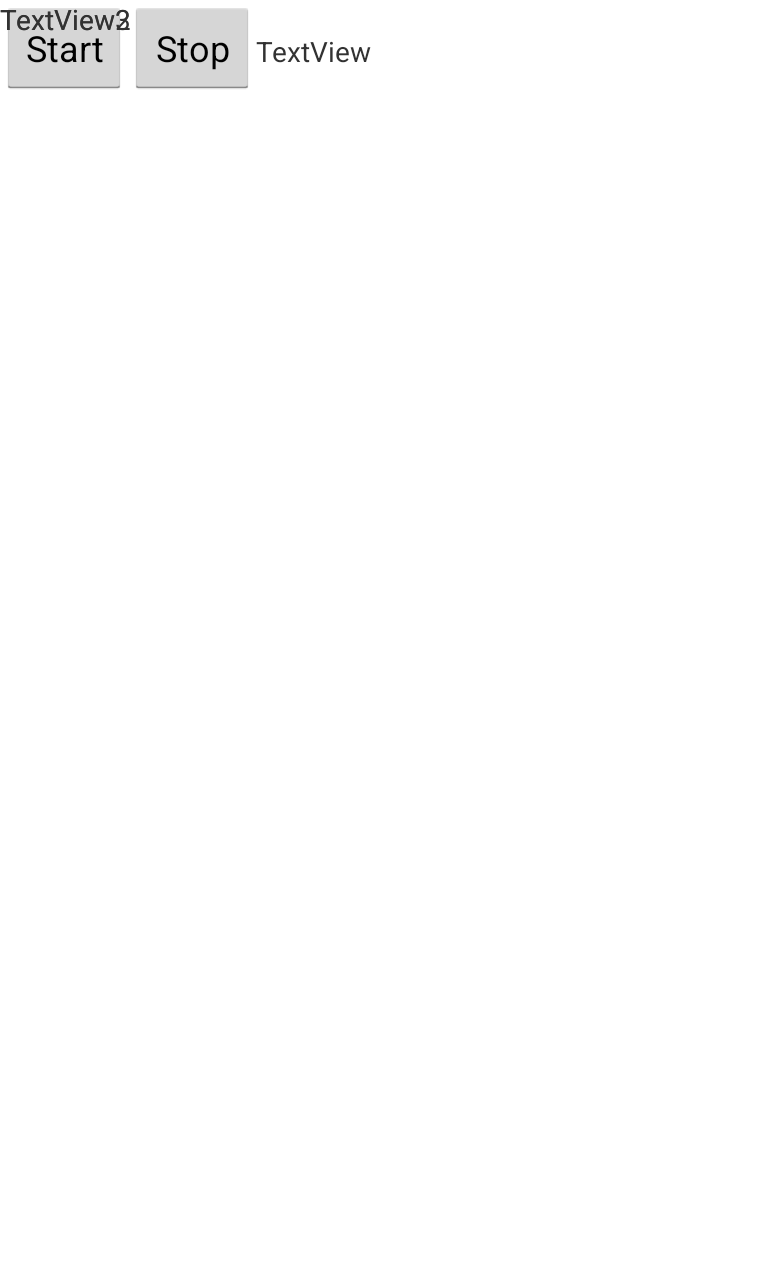
Repository: pcombi/android_dev
Layout: ExampleApp/res/layout/tabs.xml
An editor plug-in stored every save of this project. The layout is shown before and after the next save, followed by the edit.
It is drawn on a 768 x 1280 px phone screen (xhdpi) without system bars, with theme AppTheme; the app's code is not run.

Above is the layout before, as saved 2012-12-24 22:33:50.

### ExampleApp/res/layout/tabs.xml
<?xml version="1.0" encoding="utf-8"?>
<LinearLayout xmlns:android="http://schemas.android.com/apk/res/android"
    android:layout_width="match_parent"
    android:layout_height="match_parent"
    android:orientation="vertical" >

    <TabHost
        android:id="@+id/tabhost"
        android:layout_width="match_parent"
        android:layout_height="match_parent" >

        <LinearLayout
            android:layout_width="match_parent"
            android:layout_height="match_parent"
            android:orientation="vertical" >

            <TabWidget
                android:id="@android:id/tabs"
                android:layout_width="match_parent"
                android:layout_height="wrap_content" >
            </TabWidget>

            <FrameLayout
                android:id="@android:id/tabcontent"
                android:layout_width="match_parent"
                android:layout_height="match_parent" >

                <LinearLayout
                    android:id="@+id/tab1"
                    android:layout_width="match_parent"
                    android:layout_height="match_parent" >

                    <Button
                        android:id="@+id/bStartWatch"
                        android:layout_width="wrap_content"
                        android:layout_height="wrap_content"
                        android:text="Start" />

                    <Button
                        android:id="@+id/bStopWatch"
                        android:layout_width="wrap_content"
                        android:layout_height="wrap_content"
                        android:text="Stop" />

                    <TextView
                        android:id="@+id/tvShowResults"
                        android:layout_width="wrap_content"
                        android:layout_height="wrap_content"
                        android:text="TextView" />

                </LinearLayout>

                <LinearLayout
                    android:id="@+id/tab2"
                    android:layout_width="match_parent"
                    android:layout_height="match_parent" >

                    <TextView
                        android:id="@+id/textView2"
                        android:layout_width="wrap_content"
                        android:layout_height="wrap_content"
                        android:text="TextView2" />
                </LinearLayout>

                <LinearLayout
                    android:id="@+id/tab3"
                    android:layout_width="match_parent"
                    android:layout_height="match_parent" >

                    <TextView
                        android:id="@+id/textView3"
                        android:layout_width="wrap_content"
                        android:layout_height="wrap_content"
                        android:text="TextView3" />
                </LinearLayout>
            </FrameLayout>
        </LinearLayout>
    </TabHost>

</LinearLayout>

Loaded but not shown: ExampleApp/res/values/styles.xml (common file); ExampleApp/res/values-v11/styles.xml (common file); ExampleApp/res/values-v14/styles.xml (common file)

After the next save:
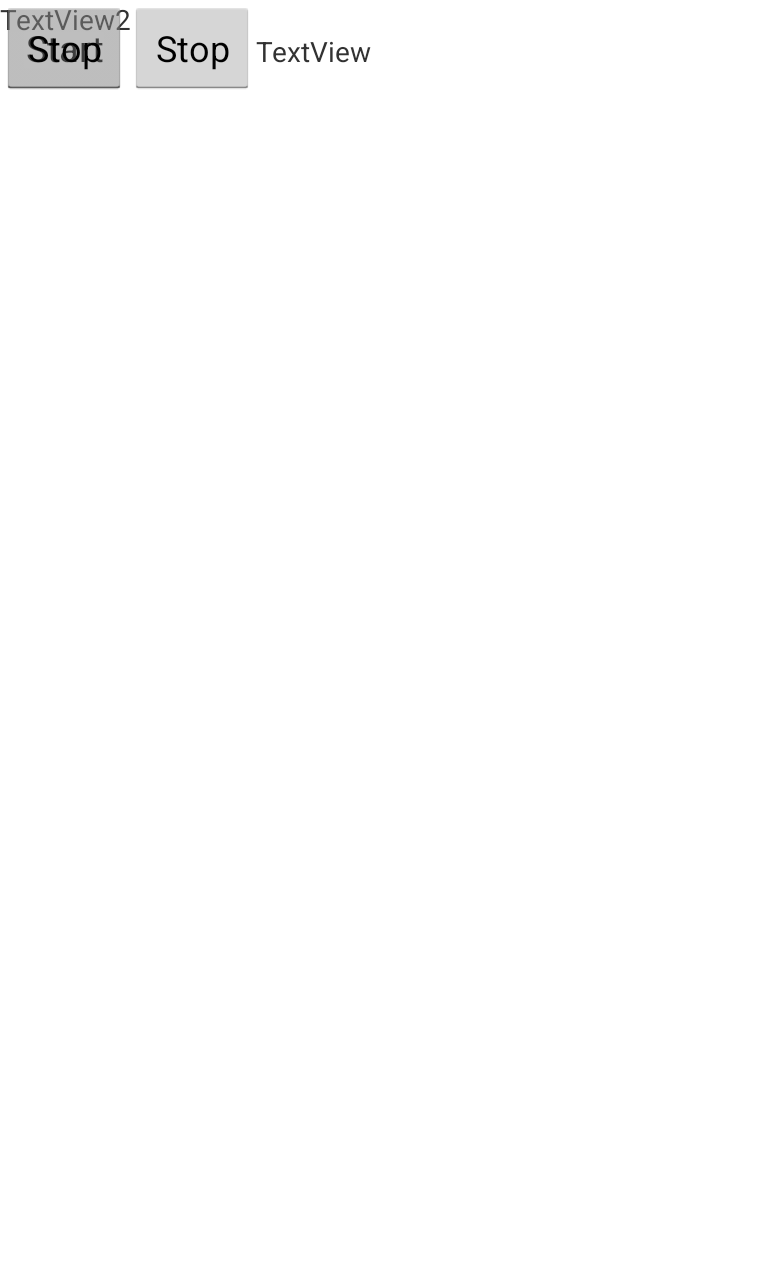
Saved 88 s later.
--- a/ExampleApp/res/layout/tabs.xml
+++ b/ExampleApp/res/layout/tabs.xml
@@ -67,11 +67,11 @@
                     android:layout_width="match_parent"
                     android:layout_height="match_parent" >
 
-                    <TextView
-                        android:id="@+id/textView3"
+                    <Button
+                        android:id="@+id/bStopWatch"
                         android:layout_width="wrap_content"
                         android:layout_height="wrap_content"
-                        android:text="TextView3" />
+                        android:text="Stop" />
                 </LinearLayout>
             </FrameLayout>
         </LinearLayout>
